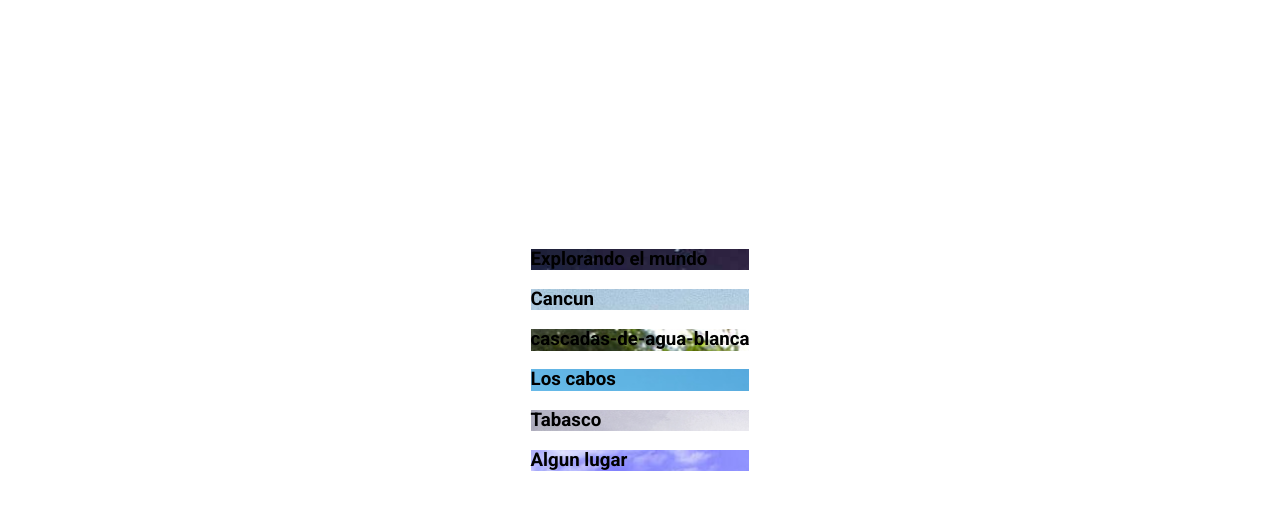
Repository: ElideZavala/Tarjetas-de-Imagenes
Page: index.html
The author's editor kept a copy of each file at every save. The page is drawn from the files as they stood at one save, then again after the next save.
The browser window is 1280 px wide. The pictures show the whole page.
Some web fonts or font styles are not loaded; a fallback is used.

Above is the page before, as saved 2021-05-27 09:00:21.
Not found: script.js

### index.html
<!DOCTYPE html>
<html lang="es">
<head>
	<meta charset="UTF-8">
	<meta http-equiv="X-UA-Compatible" content="IE=edge">
	<meta name="viewport" content="width=device-width, initial-scale=1.0">
	<!-- <link rel="stylesheet" href="https://cdnjs.cloudflare.com/ajax/libs/font-awesome/5.15.3/css/all.min.css" integrity="sha512-iBBXm8fW90+nuLcSKlbmrPcLa0OT92xO1BIsZ+ywDWZCvqsWgccV3gFoRBv0z+8dLJgyAHIhR35VZc2oM/gI1w==" crossorigin="anonymous" referrerpolicy="no-referrer" /> -->
	<title>Fotos e Imagenes</title>
	<link rel="stylesheet" href="normalize.css">
	<link rel="stylesheet" href="./style.css">
</head>
<body>
	<div class="container">
		<div class="panel active" style="background-image: url(./assets/imagenes/piramide\ maya.jpg);">
			<h3>Explorando el mundo</h3>
		</div>
		<div class="panel" style="background-image: url(./assets/imagenes/cancun.jpg);">
			<h3>Cancun</h3>
		</div>
		<div class="panel" style="background-image: url(./assets/imagenes/cascadas-de-agua-blanca.jpg);">
			<h3>cascadas-de-agua-blanca</h3>
		</div>
		<div class="panel" style="background-image: url(./assets/imagenes/los-cabos.jpg);">
			<h3>Los cabos</h3>
		</div>
		<div class="panel" style="background-image: url(./assets/imagenes/TabascoHome3_960x651.jpg);">
			<h3>Tabasco</h3>
		</div>
		<div class="panel" style="background-image: url(./assets/imagenes/750b9860b1989270fb537fbceb1adcf2.jpg);">
			<h3>Algun lugar</h3>
		</div>

	</div>

	<script src="script.js"></script>
</body>
</html>

### style.css
@import url('https://fonts.googleapis.com/css2?family=Roboto:wght@400;700&display=swap');

* {
	box-sizing: border-box;
}

body {
	font-family: 'Roboto', sans-serif;
	display: flex;
	flex-direction: column;
	align-items: center;
	justify-content: center;
	height: 100vh;
	overflow: hidden;
	margin: 0;
}

Loaded but not shown: normalize.css (library)

After the next save:
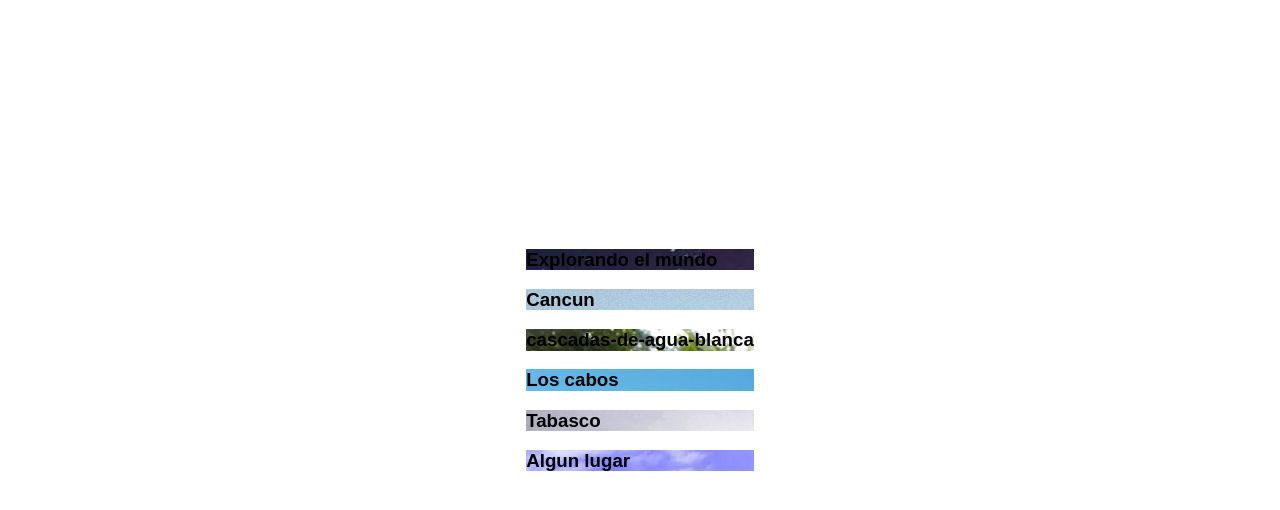
Saved 2 min 24 s later.
--- a/style.css
+++ b/style.css
@@ -1,11 +1,11 @@
-@import url('https://fonts.googleapis.com/css2?family=Roboto:wght@400;700&display=swap');
+@import url('https://fonts.googleapis.com/css?family=Muli&display=swap');
 
 * {
 	box-sizing: border-box;
 }
 
 body {
-	font-family: 'Roboto', sans-serif;
+	font-family: '	Muli', sans-serif;
 	display: flex;
 	flex-direction: column;
 	align-items: center;
